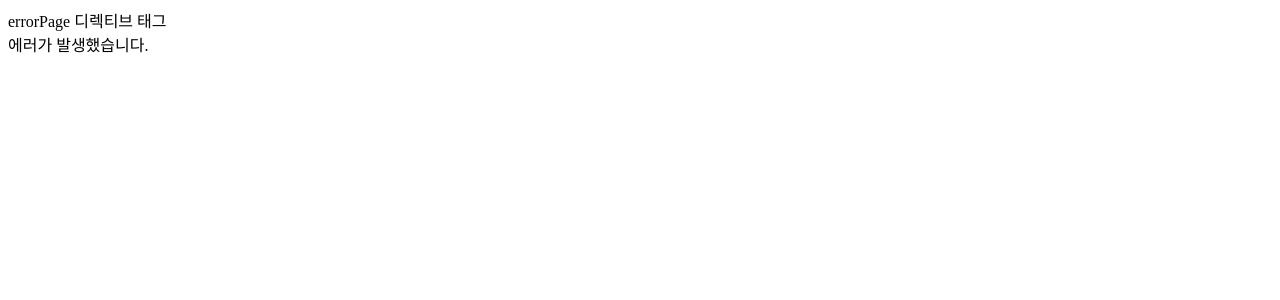
Repository: CheolHo-0428/JSP-Web-Programming
Page: http://localhost/JSPBook/ch03/page_errorPage_error.jsp
An editor plug-in stored every save of this project. The page is shown before and after the next save, followed by the edit.
The browser window is 1280 px wide. The pictures show the whole page.
The page is served by Tomcat 9.

Above is the page before, as saved 2021-05-08 05:41:03.

After the next save:
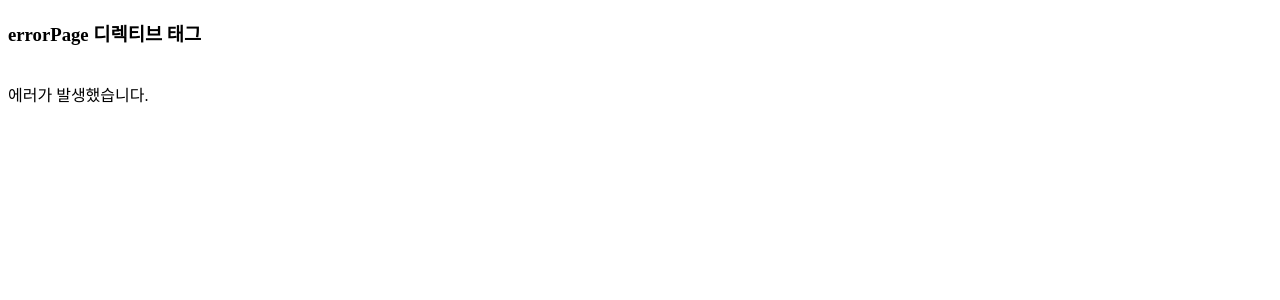
Saved 20 s later.
--- a/JSPBook/src/main/webapp/ch03/page_errorPage_error.jsp
+++ b/JSPBook/src/main/webapp/ch03/page_errorPage_error.jsp
@@ -7,7 +7,7 @@
 <title>Insert title here</title>
 </head>
 <body>
-	errorPage 디렉티브 태그<br>
+	<h3>errorPage 디렉티브 태그</h3><br>
 	에러가 발생했습니다.
 </body>
 </html>
